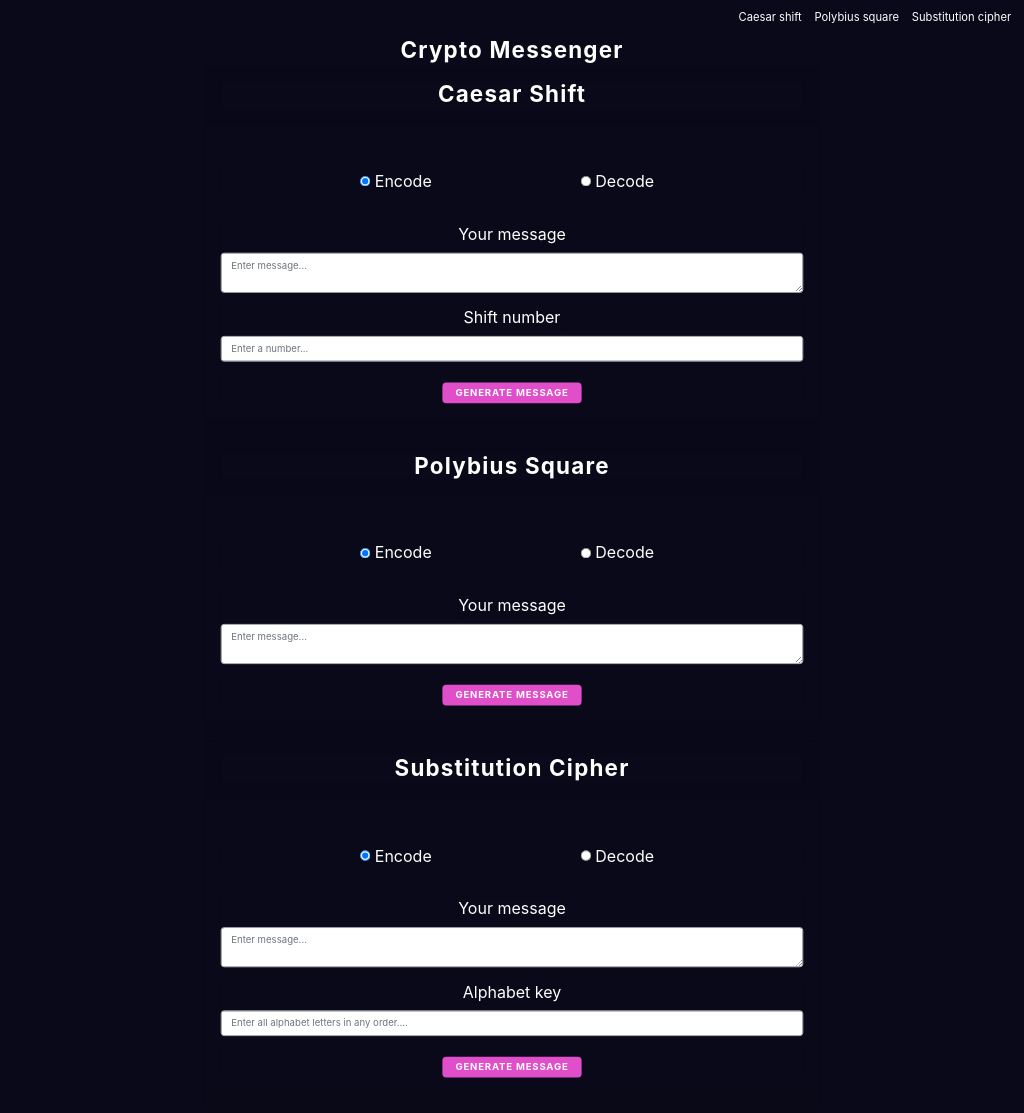
Repository: Rthompson2548/Project-Decoder-Ring
Page: index.html
The author's editor kept a copy of each file at every save. The page is drawn from the files as they stood at one save, then again after the next save.
The browser window is 1280 px wide. The pictures show the whole page, at 80% of full size.

Above is the page before, as saved 2022-04-09 20:20:29.

After the next save:
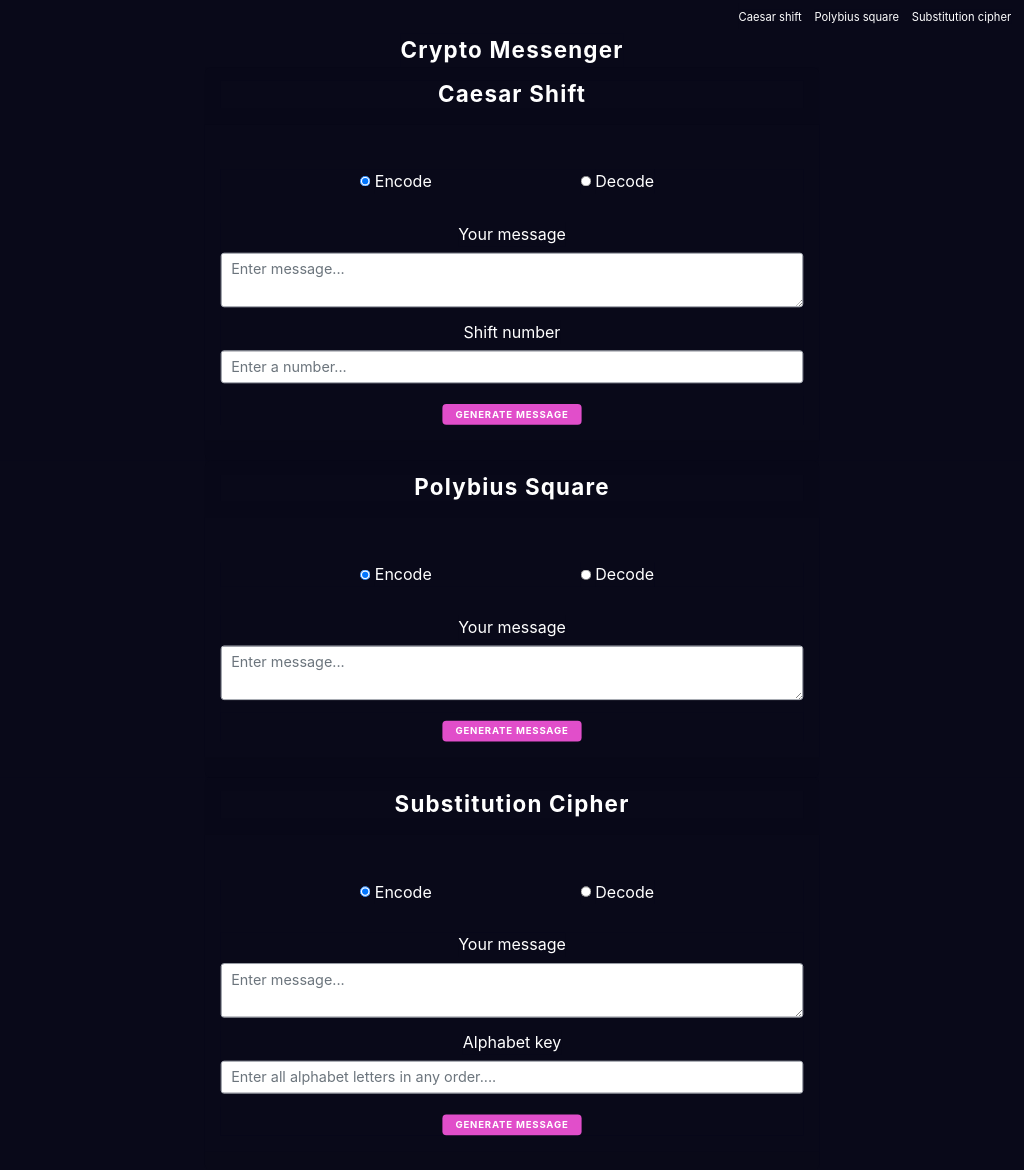
Saved 7 s later.
--- a/index.css
+++ b/index.css
@@ -14,7 +14,7 @@ html, body, #page {
 }
 
 input, textarea {
-  font-size: 12px !important;
+  font-size: 18px !important;
 }
 
 .page-content {
